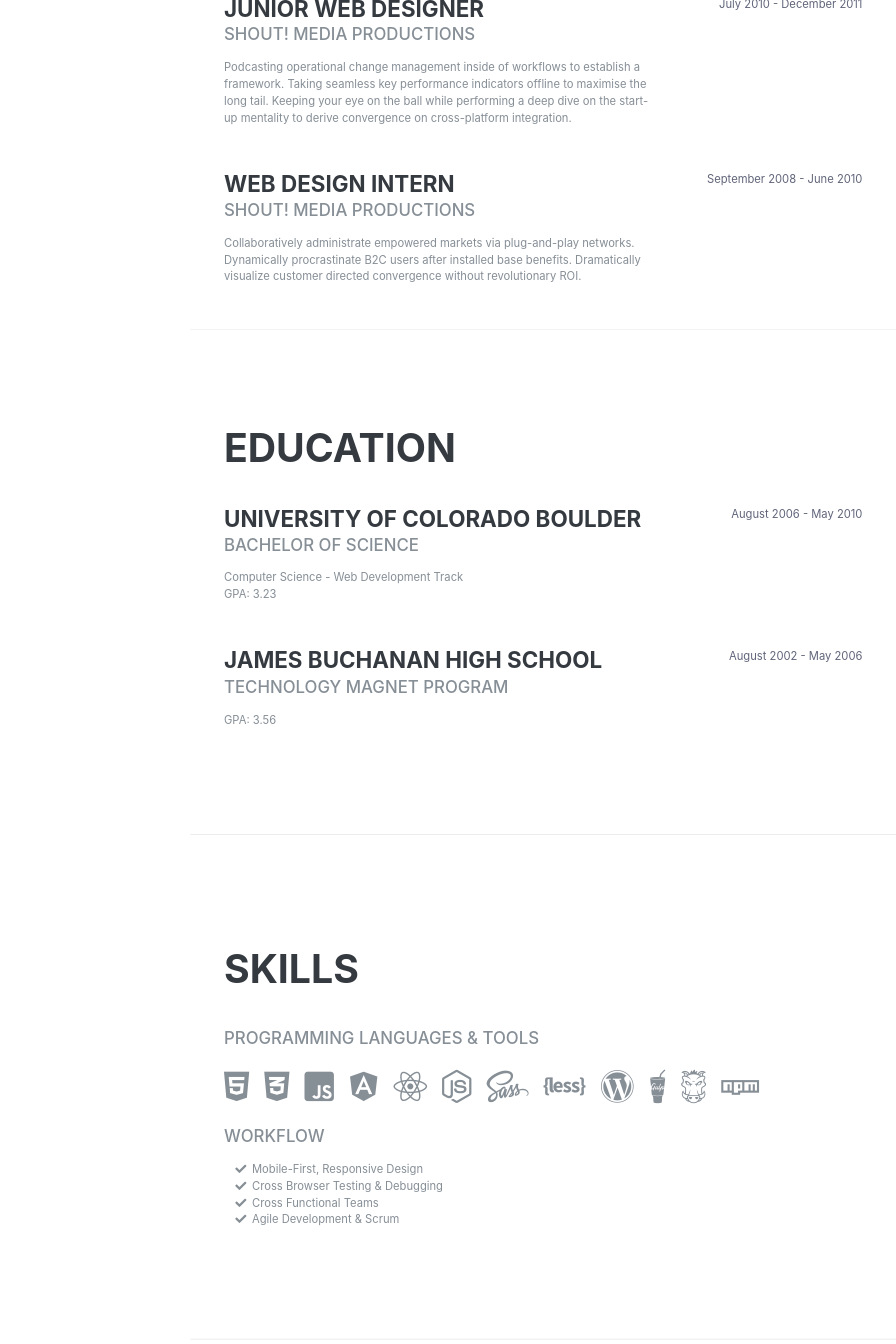
Repository: whitethugcat/whitethugcat.github.io
Page: class/resume-practice/index.html
The author's editor kept a record of every edit. The page is drawn from the files as they stood at one moment, then again after the next edit.
The browser window is 1280 px wide. The pictures show the part of the page from y = 1391 to 3311 px (the page is 4746 px tall before and 4770 px after), at 70% of full size.
Some web fonts or font styles are not loaded; a fallback is used.

Above is the page before.

### class/resume-practice/index.html
<!DOCTYPE html>
<html lang="en">

<head>

  <meta charset="utf-8">
  <meta name="viewport" content="width=device-width, initial-scale=1, shrink-to-fit=no">
  <meta name="description" content="">
  <meta name="author" content="">

  <title>Yoojin J&#129346;</title>

  <!-- Bootstrap core CSS -->
  <link href="vendor/bootstrap/css/bootstrap.min.css" rel="stylesheet">

  <!-- Custom fonts for this template -->
  <link href="https://fonts.googleapis.com/css?family=Saira+Extra+Condensed:500,700" rel="stylesheet">
  <link href="vendor/fontawesome-free/css/all.min.css" rel="stylesheet">

  <!-- Custom styles for this template -->
  <link href="css/resume.css" rel="stylesheet">

</head>

<body id="page-top">

  <nav class="navbar navbar-expand-lg navbar-dark bg-primary fixed-top" id="sideNav">
    <a class="navbar-brand js-scroll-trigger" href="#page-top">
      <span class="d-block d-lg-none">Yoojin Jeong &#129346;</span>
      <span class="d-none d-lg-block">
        <img class="img-fluid img-profile rounded-circle mx-auto mb-2" src="img/yj-profile.png" alt="">
      </span>
    </a>
    <button class="navbar-toggler" type="button" data-toggle="collapse" data-target="#navbarSupportedContent" aria-controls="navbarSupportedContent" aria-expanded="false" aria-label="Toggle navigation">
      <span class="navbar-toggler-icon"></span>
    </button>
    <div class="collapse navbar-collapse" id="navbarSupportedContent">
      <ul class="navbar-nav">
        <li class="nav-item">
          <a class="nav-link js-scroll-trigger" href="#about">About</a>
        </li>
        <li class="nav-item">
          <a class="nav-link js-scroll-trigger" href="#experience">Experience</a>
        </li>
        <li class="nav-item">
          <a class="nav-link js-scroll-trigger" href="#education">Education</a>
        </li>
        <li class="nav-item">
          <a class="nav-link js-scroll-trigger" href="#skills">Skills</a>
        </li>
        <li class="nav-item">
          <a class="nav-link js-scroll-trigger" href="#interests">Interests</a>
        </li>
        <li class="nav-item">
          <a class="nav-link js-scroll-trigger" href="#awards">Awards</a>
        </li>
      </ul>
    </div>
  </nav>

  <div class="container-fluid p-0">

    <section class="resume-section p-3 p-lg-5 d-flex align-items-center" id="about">
      <div class="w-100">
        <h1 class="mb-0">Yoojin
          <span class="text-primary">Jeong</span>
        </h1>
        <div class="subheading mb-5">Seoul, South Korea · (+82) 010-8472-7769 ·
          <a href="mailto:name@email.com">yjjeong92@gmail.com</a>
        </div>
        <p class="lead mb-5">I am experienced and agile in cooperating in teams of various sizes and forms. I have built experiences in digital advertising, B2B/B2C communication, digital marketing, and more.</p>
        <div class="social-icons">
          <a href="https://www.linkedin.com/in/yoojin-jeong-47a917101/" target="_blank">
            <i class="fab fa-linkedin-in"></i>
          </a>
          <a href="#" target="_blank">
            <i class="fab fa-github"></i>
          </a>
          <a href="https://www.twitter.com/whitethugcat" target="_blank">
            <i class="fab fa-twitter"></i>
          </a>
          <a href="#">
            <i class="fab fa-facebook-f target="_blank""></i>
          </a>
        </div>
        <div class=downward-arrow>
          <a href="#experience">
          &#9660;</a>
        </div>
      </div>
    </section>

    <hr class="m-0">

    <section class="resume-section p-3 p-lg-5 d-flex justify-content-center" id="experience">
      <div class="w-100">
        <h2 class="mb-5">Experience</h2>

        <div class="resume-item d-flex flex-column flex-md-row justify-content-between mb-5">
          <div class="resume-content">
            <h3 class="mb-0">Senior Web Developer</h3>
            <div class="subheading mb-3">Intelitec Solutions</div>
            <p>Bring to the table win-win survival strategies to ensure proactive domination. At the end of the day, going forward, a new normal that has evolved from generation X is on the runway heading towards a streamlined cloud solution. User generated content in real-time will have multiple touchpoints for offshoring.</p>
          </div>
          <div class="resume-date text-md-right">
            <span class="text-primary">March 2013 - Present</span>
          </div>
        </div>

        <div class="resume-item d-flex flex-column flex-md-row justify-content-between mb-5">
          <div class="resume-content" id>
            <h3 class="mb-0">Web Developer</h3>
            <div class="subheading mb-3">Intelitec Solutions</div>
            <p>Capitalize on low hanging fruit to identify a ballpark value added activity to beta test. Override the digital divide with additional clickthroughs from DevOps. Nanotechnology immersion along the information highway will close the loop on focusing solely on the bottom line.</p>
          </div>
          <div class="resume-date text-md-right">
            <span class="text-primary">December 2011 - March 2013</span>
          </div>
        </div>

        <div class="resume-item d-flex flex-column flex-md-row justify-content-between mb-5">
          <div class="resume-content">
            <h3 class="mb-0">Junior Web Designer</h3>
            <div class="subheading mb-3">Shout! Media Productions</div>
            <p>Podcasting operational change management inside of workflows to establish a framework. Taking seamless key performance indicators offline to maximise the long tail. Keeping your eye on the ball while performing a deep dive on the start-up mentality to derive convergence on cross-platform integration.</p>
          </div>
          <div class="resume-date text-md-right">
            <span class="text-primary">July 2010 - December 2011</span>
          </div>
        </div>

        <div class="resume-item d-flex flex-column flex-md-row justify-content-between">
          <div class="resume-content">
            <h3 class="mb-0">Web Design Intern</h3>
            <div class="subheading mb-3">Shout! Media Productions</div>
            <p>Collaboratively administrate empowered markets via plug-and-play networks. Dynamically procrastinate B2C users after installed base benefits. Dramatically visualize customer directed convergence without revolutionary ROI.</p>
          </div>
          <div class="resume-date text-md-right">
            <span class="text-primary">September 2008 - June 2010</span>
          </div>
        </div>

      </div>

    </section>

    <hr class="m-0">

    <section class="resume-section p-3 p-lg-5 d-flex align-items-center" id="education">
      <div class="w-100">
        <h2 class="mb-5">Education</h2>

        <div class="resume-item d-flex flex-column flex-md-row justify-content-between mb-5">
          <div class="resume-content">
            <h3 class="mb-0">University of Colorado Boulder</h3>
            <div class="subheading mb-3">Bachelor of Science</div>
            <div>Computer Science - Web Development Track</div>
            <p>GPA: 3.23</p>
          </div>
          <div class="resume-date text-md-right">
            <span class="text-primary">August 2006 - May 2010</span>
          </div>
        </div>

        <div class="resume-item d-flex flex-column flex-md-row justify-content-between">
          <div class="resume-content">
            <h3 class="mb-0">James Buchanan High School</h3>
            <div class="subheading mb-3">Technology Magnet Program</div>
            <p>GPA: 3.56</p>
          </div>
          <div class="resume-date text-md-right">
            <span class="text-primary">August 2002 - May 2006</span>
          </div>
        </div>

      </div>
    </section>

    <hr class="m-0">

    <section class="resume-section p-3 p-lg-5 d-flex align-items-center" id="skills">
      <div class="w-100">
        <h2 class="mb-5">Skills</h2>

        <div class="subheading mb-3">Programming Languages &amp; Tools</div>
        <ul class="list-inline dev-icons">
          <li class="list-inline-item">
            <i class="fab fa-html5"></i>
          </li>
          <li class="list-inline-item">
            <i class="fab fa-css3-alt"></i>
          </li>
          <li class="list-inline-item">
            <i class="fab fa-js-square"></i>
          </li>
          <li class="list-inline-item">
            <i class="fab fa-angular"></i>
          </li>
          <li class="list-inline-item">
            <i class="fab fa-react"></i>
          </li>
          <li class="list-inline-item">
            <i class="fab fa-node-js"></i>
          </li>
          <li class="list-inline-item">
            <i class="fab fa-sass"></i>
          </li>
          <li class="list-inline-item">
            <i class="fab fa-less"></i>
          </li>
          <li class="list-inline-item">
            <i class="fab fa-wordpress"></i>
          </li>
          <li class="list-inline-item">
            <i class="fab fa-gulp"></i>
          </li>
          <li class="list-inline-item">
            <i class="fab fa-grunt"></i>
          </li>
          <li class="list-inline-item">
            <i class="fab fa-npm"></i>
          </li>
        </ul>

        <div class="subheading mb-3">Workflow</div>
        <ul class="fa-ul mb-0">
          <li>
            <i class="fa-li fa fa-check"></i>
            Mobile-First, Responsive Design</li>
          <li>
            <i class="fa-li fa fa-check"></i>
            Cross Browser Testing &amp; Debugging</li>
          <li>
            <i class="fa-li fa fa-check"></i>
            Cross Functional Teams</li>
          <li>
            <i class="fa-li fa fa-check"></i>
            Agile Development &amp; Scrum</li>
        </ul>
      </div>
    </section>

    <hr class="m-0">

    <section class="resume-section p-3 p-lg-5 d-flex align-items-center" id="interests">
      <div class="w-100">
        <h2 class="mb-5">Interests</h2>
        <p>Apart from being a web developer, I enjoy most of my time being outdoors. In the winter, I am an avid skier and novice ice climber. During the warmer months here in Colorado, I enjoy mountain biking, free climbing, and kayaking.</p>
        <p class="mb-0">When forced indoors, I follow a number of sci-fi and fantasy genre movies and television shows, I am an aspiring chef, and I spend a large amount of my free time exploring the latest technology advancements in the front-end web development world.</p>
      </div>
    </section>

    <hr class="m-0">

    <section class="resume-section p-3 p-lg-5 d-flex align-items-center" id="awards">
      <div class="w-100">
        <h2 class="mb-5">Awards &amp; Certifications</h2>
        <ul class="fa-ul mb-0">
          <li>
            <i class="fa-li fa fa-trophy text-warning"></i>
            Google Analytics Certified Developer</li>
          <li>
            <i class="fa-li fa fa-trophy text-warning"></i>
            Mobile Web Specialist - Google Certification</li>
          <li>
            <i class="fa-li fa fa-trophy text-warning"></i>
            1<sup>st</sup>
            Place - University of Colorado Boulder - Emerging Tech Competition 2009</li>
          <li>
            <i class="fa-li fa fa-trophy text-warning"></i>
            1<sup>st</sup>
            Place - University of Colorado Boulder - Adobe Creative Jam 2008 (UI Design Category)</li>
          <li>
            <i class="fa-li fa fa-trophy text-warning"></i>
            2<sup>nd</sup>
            Place - University of Colorado Boulder - Emerging Tech Competition 2008</li>
          <li>
            <i class="fa-li fa fa-trophy text-warning"></i>
            1<sup>st</sup>
            Place - James Buchanan High School - Hackathon 2006</li>
          <li>
            <i class="fa-li fa fa-trophy text-warning"></i>
            3<sup>rd</sup>
            Place - James Buchanan High School - Hackathon 2005</li>
        </ul>
      </div>
    </section>

  </div>

  <!-- Bootstrap core JavaScript -->
  <script src="vendor/jquery/jquery.min.js"></script>
  <script src="vendor/bootstrap/js/bootstrap.bundle.min.js"></script>

  <!-- Plugin JavaScript -->
  <script src="vendor/jquery-easing/jquery.easing.min.js"></script>

  <!-- Custom scripts for this template -->
  <script src="js/resume.min.js"></script>

</body>

</html>

### class/resume-practice/css/resume.css
/*!
 * Start Bootstrap - Resume v5.0.8 (https://startbootstrap.com/template-overviews/resume)
 * Copyright 2013-2019 Start Bootstrap
 * Licensed under MIT (https://github.com/BlackrockDigital/startbootstrap-resume/blob/master/LICENSE)
 */

body {
  font-family: 'Muli', -apple-system, BlinkMacSystemFont, 'Segoe UI', Roboto, 'Helvetica Neue', Arial, sans-serif, 'Apple Color Emoji', 'Segoe UI Emoji', 'Segoe UI Symbol', 'Noto Color Emoji';
  padding-top: 52px;
  color: #868e96;
}

@media (min-width: 992px) {
  body {
    padding-top: 0;
    padding-left: 17rem;
  }
}

h1,
h2,
h3,
h4,
h5,
h6 {
  font-family: 'Saira Extra Condensed', -apple-system, BlinkMacSystemFont, 'Segoe UI', Roboto, 'Helvetica Neue', Arial, sans-serif, 'Apple Color Emoji', 'Segoe UI Emoji', 'Segoe UI Symbol', 'Noto Color Emoji';
  font-weight: 700;
  text-transform: uppercase;
  color: #343a40;
}

h1 {
  font-size: 6rem;
  line-height: 5.5rem;
}

h2 {
  font-size: 3.5rem;
}

h3 {
  font-size: 2rem;
}

p.lead {
  font-size: 1.15rem;
  font-weight: 400;
}

.subheading {
  text-transform: uppercase;
  font-weight: 500;
  font-family: 'Saira Extra Condensed', -apple-system, BlinkMacSystemFont, 'Segoe UI', Roboto, 'Helvetica Neue', Arial, sans-serif, 'Apple Color Emoji', 'Segoe UI Emoji', 'Segoe UI Symbol', 'Noto Color Emoji';
  font-size: 1.5rem;
}

.social-icons a {
  display: inline-block;
  height: 3.5rem;
  width: 3.5rem;
  background-color: #495057;
  color: #fff !important;
  border-radius: 100%;
  text-align: center;
  font-size: 1.5rem;
  line-height: 3.5rem;
  margin-right: 1rem;
}

.social-icons a:last-child {
  margin-right: 0;
}

.social-icons a:hover {
  background-color: #BD5D38;
}

.dev-icons {
  font-size: 3rem;
}

.dev-icons .list-inline-item i:hover {
  color: #BD5D38;
}

#sideNav .navbar-nav .nav-item .nav-link {
  font-weight: 800;
  letter-spacing: 0.05rem;
  text-transform: uppercase;
}

#sideNav .navbar-toggler:focus {
  outline-color: #d48a6e;
}

@media (min-width: 992px) {
  #sideNav {
    text-align: center;
    position: fixed;
    top: 0;
    left: 0;
    display: flex;
    flex-direction: column;
    width: 17rem;
    height: 100vh;
  }
  #sideNav .navbar-brand {
    display: flex;
    margin: auto auto 0;
    padding: 0.5rem;
  }
  #sideNav .navbar-brand .img-profile {
    max-width: 10rem;
    max-height: 10rem;
    border: 0.5rem solid rgba(255, 255, 255, 0.2);
  }
  #sideNav .navbar-collapse {
    display: flex;
    align-items: flex-start;
    flex-grow: 0;
    width: 100%;
    margin-bottom: auto;
  }
  #sideNav .navbar-collapse .navbar-nav {
    flex-direction: column;
    width: 100%;
  }
  #sideNav .navbar-collapse .navbar-nav .nav-item {
    display: block;
  }
  #sideNav .navbar-collapse .navbar-nav .nav-item .nav-link {
    display: block;
  }
}

section.resume-section {
  padding-top: 5rem !important;
  padding-bottom: 5rem !important;
  max-width: 75rem;
}

section.resume-section .resume-item .resume-date {
  min-width: none;
}

@media (min-width: 768px) {
  section.resume-section {
    min-height: 100vh;
  }
  section.resume-section .resume-item .resume-date {
    min-width: 18rem;
  }
}

@media (min-width: 992px) {
  section.resume-section {
    padding-top: 3rem !important;
    padding-bottom: 3rem !important;
  }
}

.bg-primary {
  background-color: #61657a !important;
}

.text-primary {
  color: #61657a !important;
}

a {
  color: #61657a;
}

a:hover, a:focus, a:active {
  color: #824027;
}

.downward-arrow{
  vertical-align: bottom;
  text-align: center;
  font-size: 50px;
  text-shadow: 3px 2px grey .5;
  margin-bottom: -30px;
  margin-top: 30px;
}

.back-to-top{
  margin-top: 4%;
  color: #699aff;
  vertical-align: bottom;
  text-align: center;
  font-size: 10px;
  text-decoration: underline;
}

Loaded but not shown: class/resume-practice/vendor/bootstrap/css/bootstrap.min.css (library); class/resume-practice/vendor/fontawesome-free/css/all.min.css (library); class/resume-practice/vendor/jquery/jquery.min.js (library); class/resume-practice/vendor/bootstrap/js/bootstrap.bundle.min.js (library); class/resume-practice/vendor/jquery-easing/jquery.easing.min.js (common file); class/resume-practice/js/resume.min.js (common file)

After the next edit:
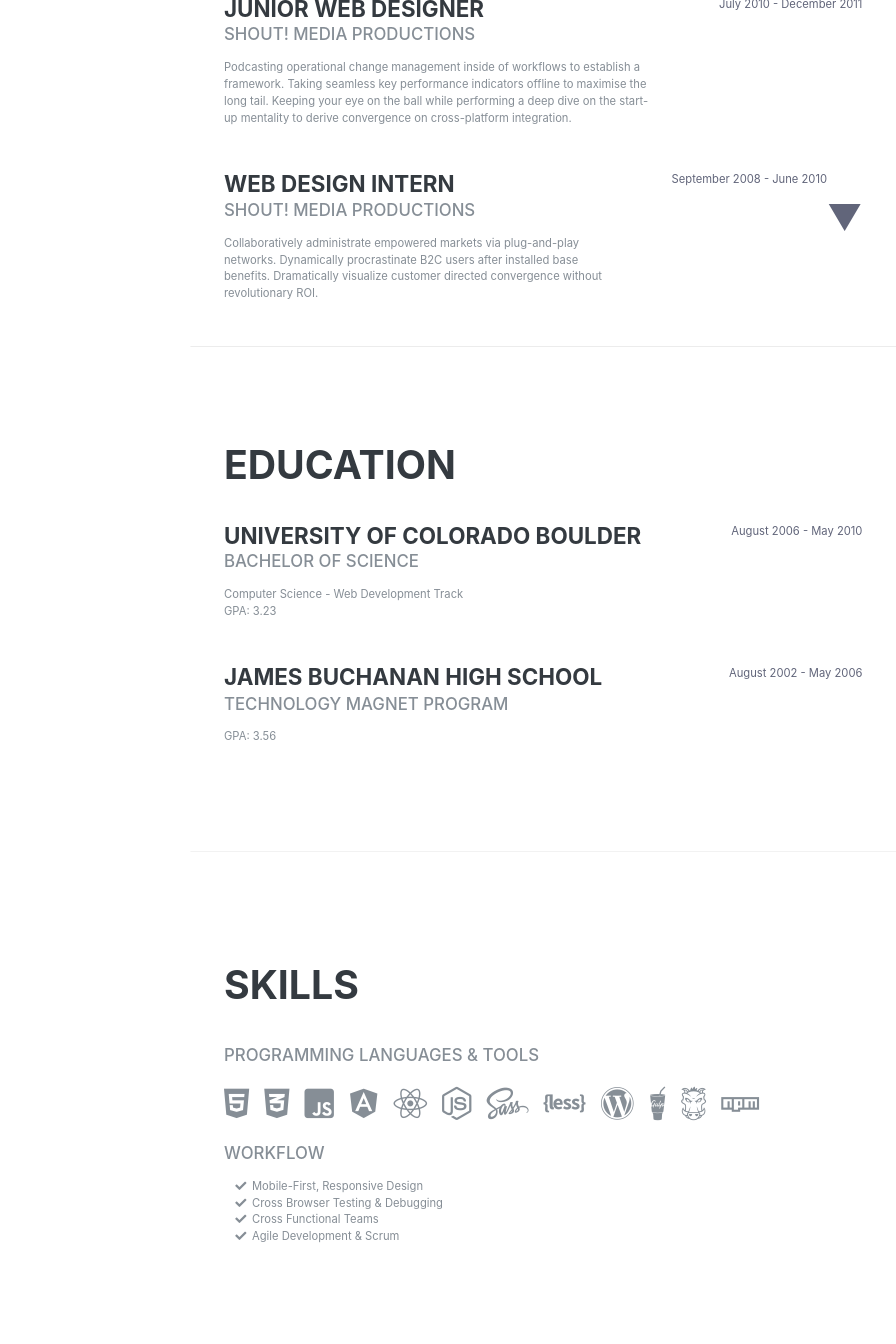
The edit:
--- a/class/resume-practice/index.html
+++ b/class/resume-practice/index.html
@@ -138,6 +138,10 @@
           <div class="resume-date text-md-right">
             <span class="text-primary">September 2008 - June 2010</span>
           </div>
+          <div class=downward-arrow>
+          <a href="#education">
+          &#9660;</a>
+        </div>
         </div>
 
       </div>
